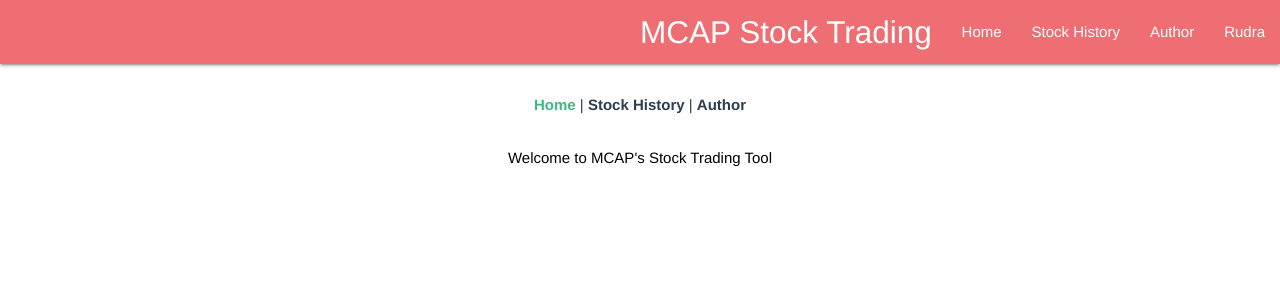
Repository: pandyarudra/stock-symbol-app
Page: /
The author's editor kept a copy of each file at every save. The page is drawn from the files as they stood at one save, then again after the next save.
The browser window is 1280 px wide. The pictures show the whole page.
The project was rebuilt for these pictures with package versions that can differ from the ones it lists, and the page was loaded fresh each time.

Above is the page before, as saved 2020-09-14 21:36:32.

After the next save:
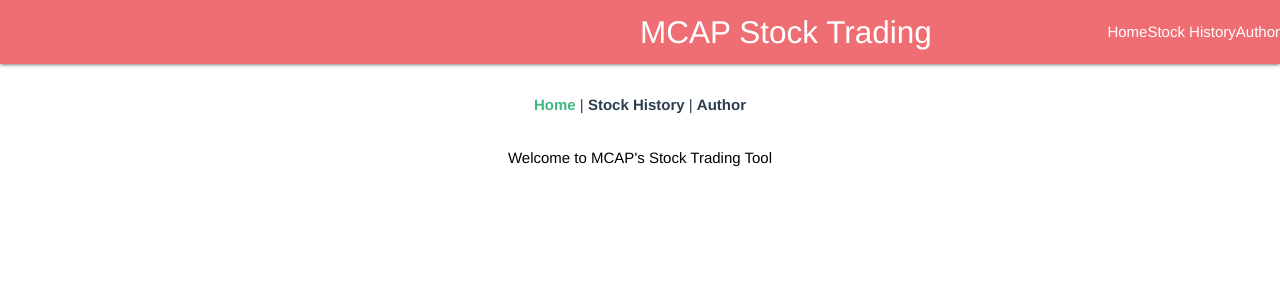
Saved 31 min 5 s later.
--- a/src/components/TopNav.vue
+++ b/src/components/TopNav.vue
@@ -3,10 +3,11 @@
     <div class="nav-wrapper">
       <a href="#" class="brand-logo">MCAP Stock Trading</a>
       <ul id="nav-mobile" class="right hide-on-med-and-down">
-        <li><a href="sass.html">Home</a></li>
-        <li><a href="badges.html">Stock History</a></li>
-        <li><a href="collapsible.html">Author</a></li>
-        <li><a href="">Rudra</a></li>
+        <router-link to="/foo" tag="li">Home</router-link>
+        <router-link to="/stockHistory" tag="li">Stock History</router-link>
+        <router-link to="/author" tag="li">Author</router-link>
+        <!-- <router-link to="/foo" tag="li">Rudra</router-link> -->
+
       </ul>
     </div>
   </nav>
